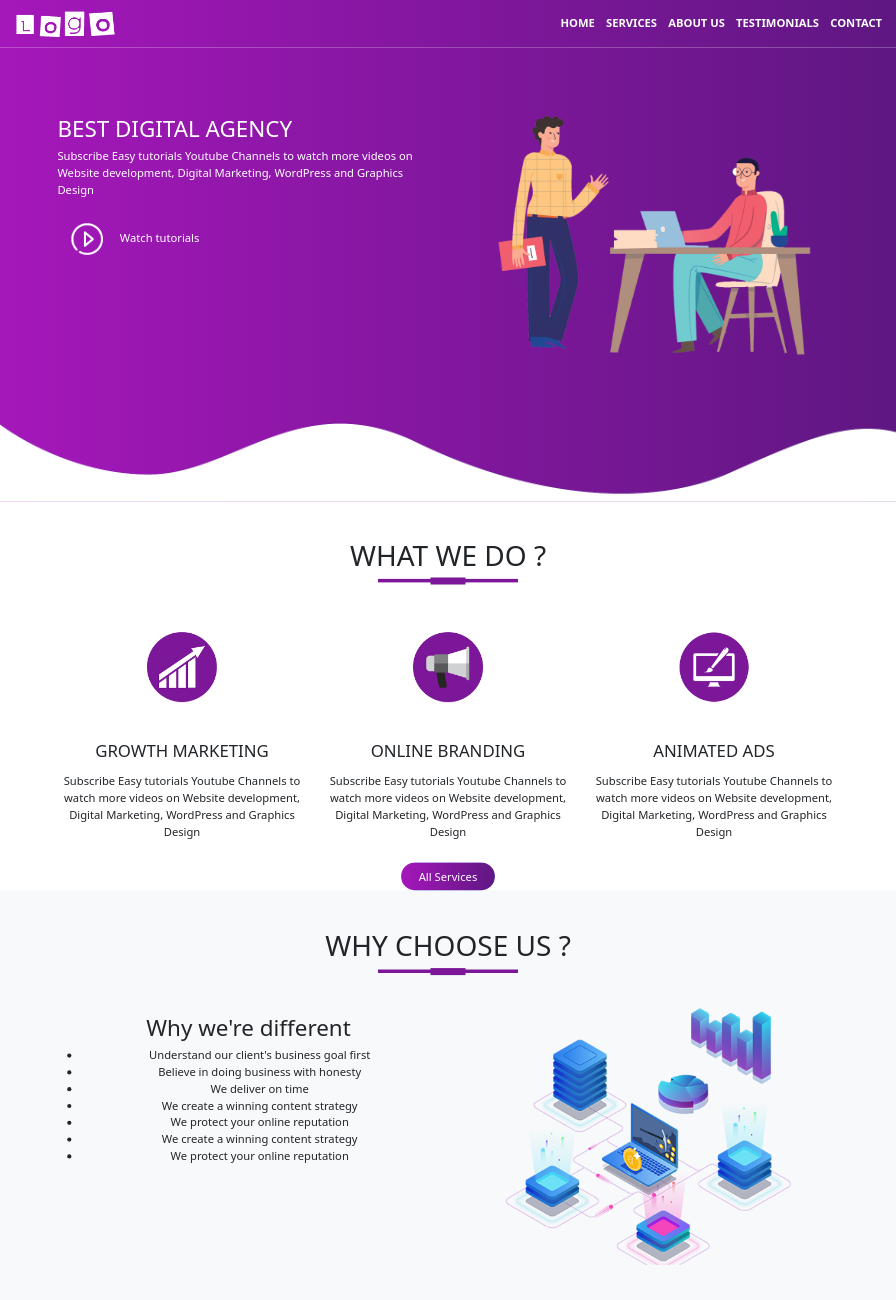
Repository: wadelfadill/Bootstrap_tache_2_website_design
Page: index.html
The author's editor kept a copy of each file at every save. The page is drawn from the files as they stood at one save, then again after the next save.
The browser window is 1280 px wide. The pictures show the whole page, at 70% of full size.
Some web libraries are served in a nearby version.

Above is the page before, as saved 2023-04-05 17:42:04.

After the next save:
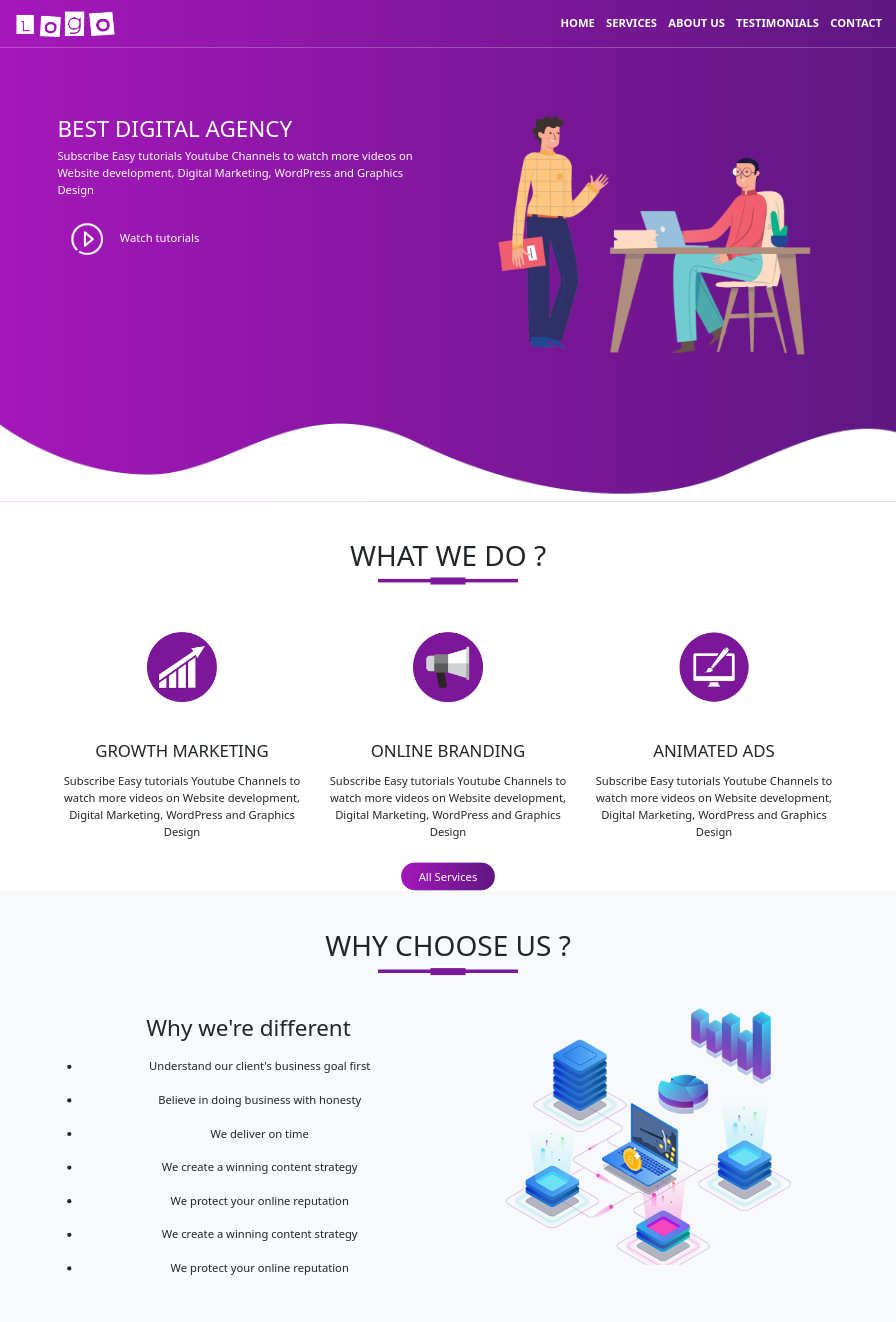
Saved 76 s later.
--- a/index.html
+++ b/index.html
@@ -103,13 +103,13 @@
             <div class="col-md-6">
               <p class="h2 mt-4">Why we're different</p>
               <ul>
-                <li>Understand our client's business goal first</li>
-                <li>Believe in doing business with honesty</li>
-                <li>We deliver on time</li>
-                <li>We create a winning content strategy</li>
-                <li>We protect your online reputation</li>
-                <li>We create a winning content strategy</li>
-                <li>We protect your online reputation</li>
+                <li class="mt-4 mb-0">Understand our client's business goal first</li>
+                <li class="mt-4 mb-0">Believe in doing business with honesty</li>
+                <li class="mt-4 mb-0">We deliver on time</li>
+                <li class="mt-4 mb-0">We create a winning content strategy</li>
+                <li class="mt-4 mb-0">We protect your online reputation</li>
+                <li class="mt-4 mb-0">We create a winning content strategy</li>
+                <li class="mt-4 mb-0">We protect your online reputation</li>
               </ul>
             </div>
             <div class="col-md-6">
